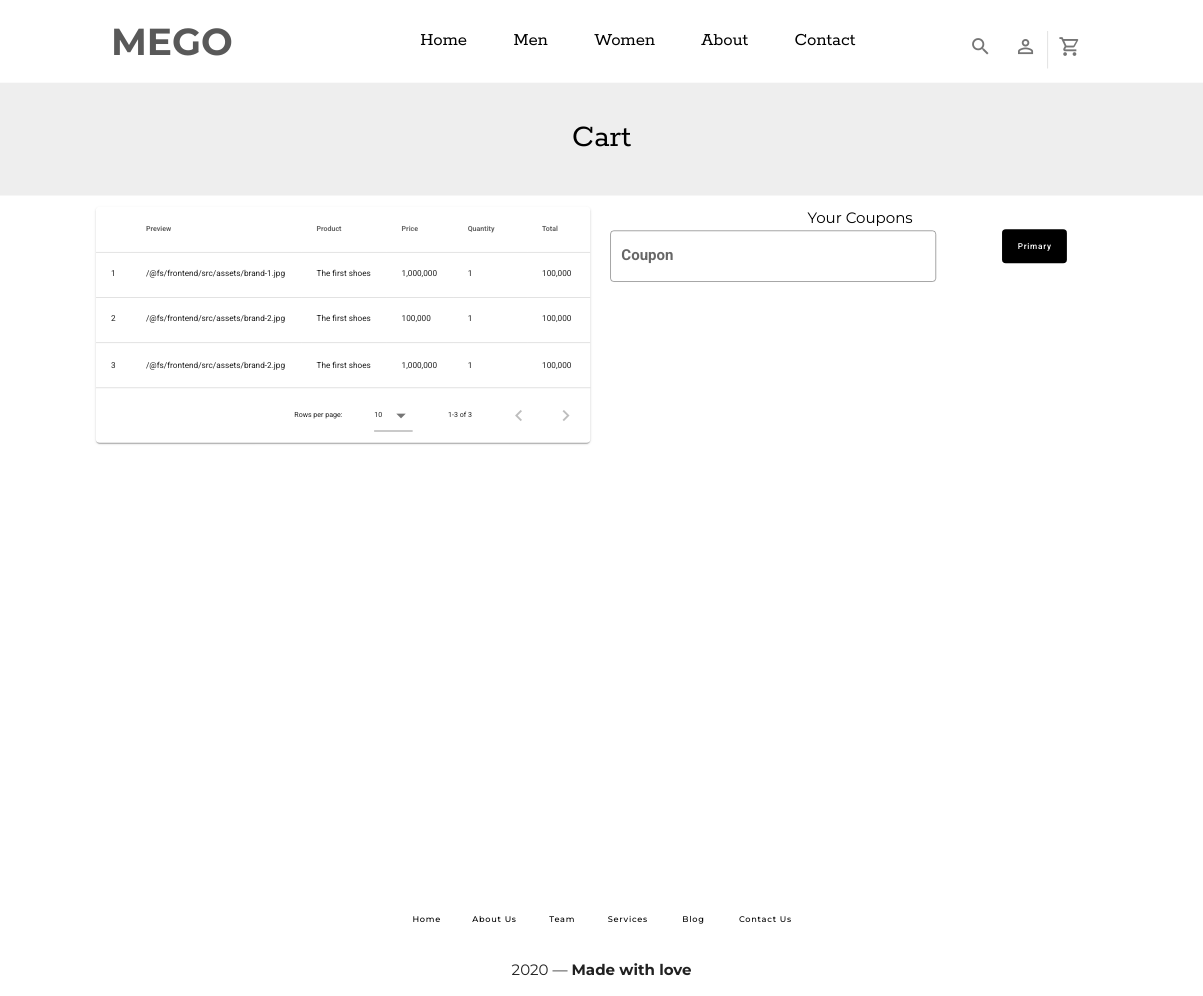
Repository: nguyenphuong152/mego-frontend
Page: /cart (app in frontend/)
The author's editor kept a copy of each file at every save. The page is drawn from the files as they stood at one save, then again after the next save.
The browser window is 1280 px wide. The pictures show the whole page, at 94% of full size.
The project was rebuilt for these pictures with package versions that can differ from the ones it lists, and the page was loaded fresh each time. Also part of the build but not shown: frontend/vue.config.js, frontend/src/components/Customer/Collection.vue, frontend/src/components/Customer/Banner.vue, frontend/src/components/Customer/BestSeller.vue, frontend/src/components/Customer/Partner.vue, frontend/src/views/Customer/Home.vue, frontend/src/components/Customer/ProductCategory.vue, frontend/src/components/Customer/ProductView.vue and 10 more. Imported but missing from the stored project, and not drawn on this page: frontend/src/views/Admin/Category.vue, frontend/src/views/Admin/ManageProduct.vue, frontend/src/views/Admin/ManageUser.vue, frontend/src/views/Admin/OrderList.vue.

Above is the page before, as saved 2020-11-28 09:36:48.

After the next save:
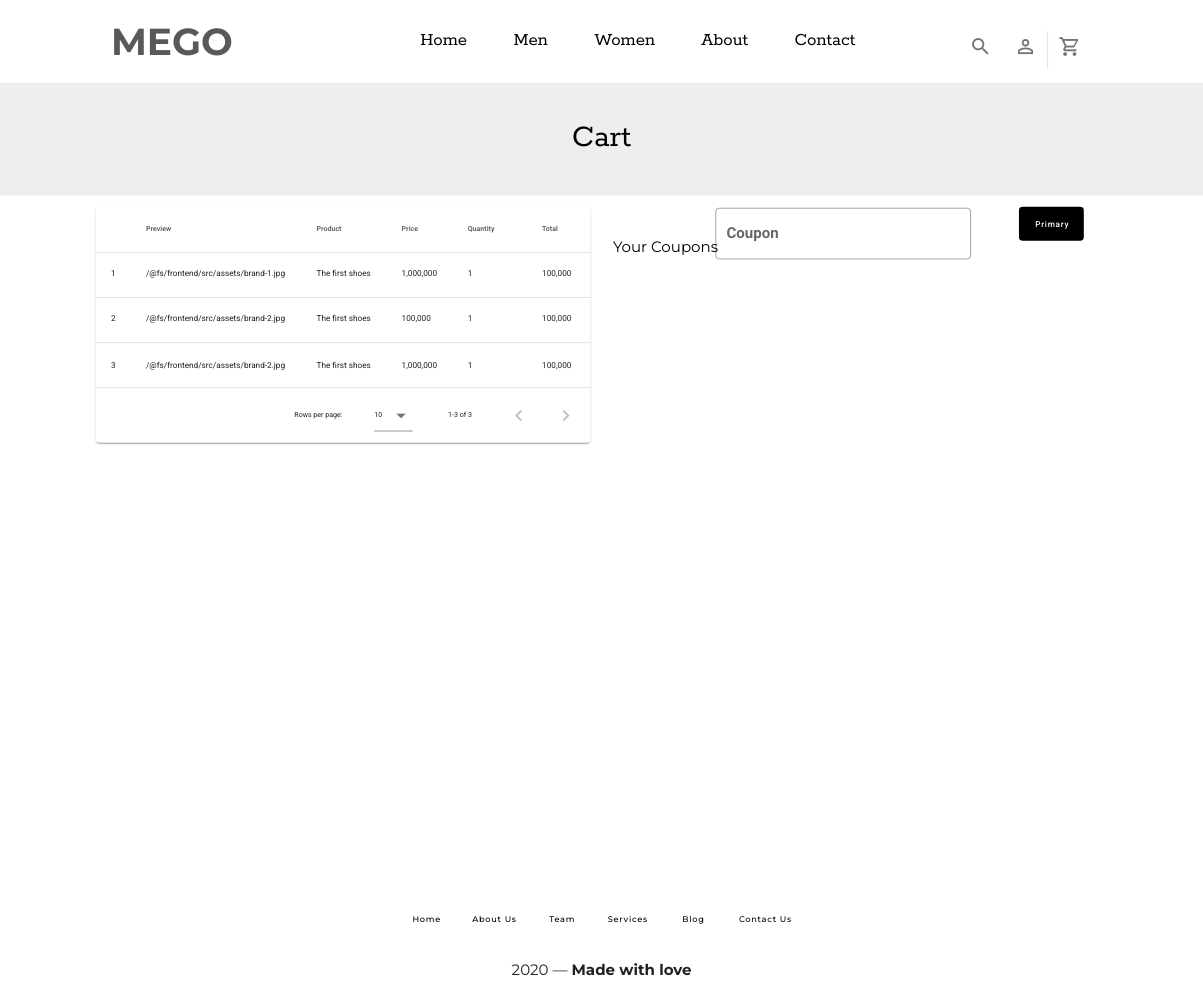
Saved 21 s later.
--- a/frontend/src/components/Customer/AddCoupon.vue
+++ b/frontend/src/components/Customer/AddCoupon.vue
@@ -1,5 +1,5 @@
 <template>
-  <div class="app">
+  <div class="app d-flex align-center">
       <a class="admin">Your Coupons</a>
       <v-row>
            <v-col
